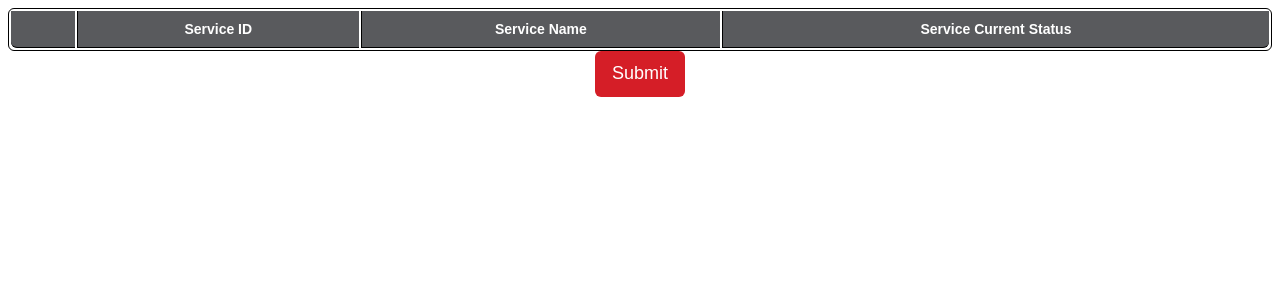
Repository: suma94/MyProjects
Page: http://localhost/SelfServiceSales/Display.jsp
An editor plug-in stored every save of this project. The page is shown before and after the next save, followed by the edit.
The browser window is 1280 px wide. The pictures show the whole page.
The page is served by Tomcat 9. Other server files are loaded and not shown.

Above is the page before, as saved 2015-08-26 05:55:50.

### SelfServiceSales/WebContent/Display.jsp
<%@ page language="java" contentType="text/html; charset=ISO-8859-1"
    pageEncoding="ISO-8859-1"%>
    <%@ taglib uri="http://java.sun.com/jsp/jstl/core" prefix="c" %>
<!DOCTYPE html PUBLIC "-//W3C//DTD HTML 4.01 Transitional//EN" "http://www.w3.org/TR/html4/loose.dtd">
<html>
<head>
<meta http-equiv="Content-Type" content="text/html; charset=ISO-8859-1">
<link rel="stylesheet" type="text/css" href="styles.css">
<title>Insert title here</title>

</head>
<body>
	<form action="SuspendComplete" method="post">
		<table class="vztable"   >
			<tr>
				<td></td><td>Service ID</td><td>Service Name</td><td>Service Current Status</td>
			</tr>
			<c:forEach var="e" items="${infols}">
			<tr>
				<td><input type="radio" id="rb1"  name="services" value="${e.service_id}">
				<label for="rb1"></label>
				</td>
				<td><c:out value="${e.service_id}"></c:out> </td>
				<td><c:out value="${e.service_name}"></c:out> </td>
				<td><c:out value="${e.service_current_status}"></c:out> </td>
			</tr>
			</c:forEach>
			</table>
			<center>
				<input type="submit" value="Submit" name="Suspend" class="vzbtn">
			</center>
	</form>
</body>
</html>

### SelfServiceSales/WebContent/styles.css
.vz-standard-font
{
	font-family:arial;
}
.vzh1
{
	font-family:arial;
	font-style:bold;
	font-size:28px;
	color:#B00000;
}
.vzh2
{
	font-family:arial;
	font-style:bold;
	font-size:24px;
	color:#B00000;
}
.vzh3
{
	font-family:arial;
	font-style:bold;
	font-size:21.33px;
	color:#333333;
}
.vzh4
{
	font-family:arial;
	font-style:bold;
	font-size:18.66px;
	color:#333333;

}
.vzh5
{
	font-family:arial;
	font-style:bold;
	font-size:16px;
	color:#333333;
}
.vzh6
{
	font-family:arial;
	font-style:bold;
	font-size:14.66px;
	color:#333333;
}
.vzred
{
	color:#ED1C24;
}
.vzdarkgrey
{
	color:#595A5D;
}
.vzgrey
{
	color:#D2D3D4;
}
.vzlightgrey
{
	color:#ECEDEE;
}
.vzsecondary1
{
	color:rgb(115,185,176);
}
.vzsecondary2
{
	color:rgb(259,223,76);
}
.vzsecondary3
{
	color:rgb(74,154,77);
}.vzsecondary4
{
	color:rgb(46,103,178);
}
.vzsecondary5
{
	color:rgb(196,159,57);
}
.vzsecondary6
{
	color:rgb(210,102,159);
}
.vzsecondary7
{
	color:rgb(127,52,131);
}
.vzsecondary8
{
	color:rgb(49,149,169);
}
a.vzlink:link {
     font-family:Arial; color:#0066CC; text-decoration:underline;
}

/* visited link */
a.vzlink:visited {
  font-family:Arial; color:#990099; text-decoration:none;

}

/* mouse over link */
a .vzlink:hover {
   font-family:Arial; color:#0066CC; text-decoration:underline;
}

/* selected link */
a.vzlink:active {
font-family:Arial; color:#B00000; text-decoration:none;
}

.vzbtn {
  -webkit-border-radius: 6;
  -moz-border-radius: 6;
 padding: 10px 16px;
font-size: 18px;
line-height: 1.33333;
border-radius: 6px;
margin-bottom: 0px;
font-weight: 400;
text-align: center;
white-space: nowrap;
vertical-align: middle;
cursor: pointer;
-moz-user-select: none;
background-image: none;
border: 1px solid transparent;

  font-family: Arial;
  color: #ffffff;

  background: #d51e27;

  text-decoration: none;
}
.vzbtn:focus {outline:0;}

.vzbtn:hover {
  text-decoration: none;
}
.vzbtnsmall {
  -webkit-border-radius: 3;
  -moz-border-radius: 3;
  padding: 5px 10px;
    padding-top: 5px;
    padding-right: 10px;
    padding-bottom: 5px;
    padding-left: 10px;
font-size: 12px;
line-height: 1.5;
border-radius: 3px;
display: inline-block;
margin-bottom: 0px;
font-weight: 400;
text-align: center;
white-space: nowrap;
vertical-align: middle;
cursor: pointer;
-moz-user-select: none;
background-image: none;
border: 1px solid transparent;

  font-family: Arial;
  color: #ffffff;

  background: #d51e27;

  text-decoration: none;
}
.vzbtnsmall:focus {outline:0;}

.vzbtnsmall:hover {
  text-decoration: none;
}
.vzbtnmedium {
	padding: 6px 12px;
margin-bottom: 0px;
font-size: 14px;
font-weight: 400;
line-height: 1.42857;
text-align: center;
white-space: nowrap;
vertical-align: middle;
cursor: pointer;
-moz-user-select: none;
background-image: none;
border: 1px solid transparent;
border-radius: 4px;
  -webkit-border-radius: 4;
  -moz-border-radius: 4;



  font-family: Arial;
  color: #ffffff;

  background: #d51e27;

  text-decoration: none;
}
.vzbtnmedium:focus {outline:0;}

.vzbtnmedium:hover {
  text-decoration: none;
}
.vzbtnxsmall {
	padding: 1px 5px;
    padding-top: 1px;
    padding-right: 5px;
    padding-bottom: 1px;
    padding-left: 5px;
font-size: 12px;
line-height: 1.5;
border-radius: 3px;
	display: inline-block;
margin-bottom: 0px;
font-weight: 400;
text-align: center;
white-space: nowrap;
vertical-align: middle;
cursor: pointer;
-moz-user-select: none;
background-image: none;
border: 1px solid transparent;

border-radius: 3px;
  -webkit-border-radius: 3;
  -moz-border-radius: 3;



  font-family: Arial;
  color: #ffffff;

  background: #d51e27;

  text-decoration: none;
}
.vzbtnxsmall:focus {outline:0;}

.vzbtnxsmall:hover {
  text-decoration: none;
}
.vzbtn1{
  -webkit-border-radius: 6;
  -moz-border-radius: 6;
 padding: 10px 16px;
font-size: 18px;
line-height: 1.33333;
border-radius: 6px;
margin-bottom: 0px;
font-weight: 400;
text-align: center;
white-space: nowrap;
vertical-align: middle;
cursor: pointer;
-moz-user-select: none;
background-image: none;
border: 1px solid transparent;

  font-family: Arial;
  color: #ffffff;

  background: #464a4f;

  text-decoration: none;
}
.vzbtn1:focus {outline:0;}

.vzbtn1:hover {
  text-decoration: none;
}
.vzbtn1small {
  -webkit-border-radius: 3;
  -moz-border-radius: 3;
  padding: 5px 10px;
    padding-top: 5px;
    padding-right: 10px;
    padding-bottom: 5px;
    padding-left: 10px;
font-size: 12px;
line-height: 1.5;
border-radius: 3px;
display: inline-block;
margin-bottom: 0px;
font-weight: 400;
text-align: center;
white-space: nowrap;
vertical-align: middle;
cursor: pointer;
-moz-user-select: none;
background-image: none;
border: 1px solid transparent;

  font-family: Arial;
  color: #ffffff;

  background: #464a4f;

  text-decoration: none;
}
.vzbtn1small:focus {outline:0;}

.vzbtn1small:hover {
  text-decoration: none;
}
.vzbtn1medium {
	padding: 6px 12px;
margin-bottom: 0px;
font-size: 14px;
font-weight: 400;
line-height: 1.42857;
text-align: center;
white-space: nowrap;
vertical-align: middle;
cursor: pointer;
-moz-user-select: none;
background-image: none;
border: 1px solid transparent;
border-radius: 4px;
  -webkit-border-radius: 4;
  -moz-border-radius: 4;



  font-family: Arial;
  color: #ffffff;

  background: #464a4f;

  text-decoration: none;
}
.vzbtn1medium:focus {outline:0;}

.vzbtn1medium:hover {
  text-decoration: none;
}
.vzbtn1xsmall {
	padding: 1px 5px;
    padding-top: 1px;
    padding-right: 5px;
    padding-bottom: 1px;
    padding-left: 5px;
font-size: 12px;
line-height: 1.5;
border-radius: 3px;
	display: inline-block;
margin-bottom: 0px;
font-weight: 400;
text-align: center;
white-space: nowrap;
vertical-align: middle;
cursor: pointer;
-moz-user-select: none;
background-image: none;
border: 1px solid transparent;

border-radius: 3px;
  -webkit-border-radius: 3;
  -moz-border-radius: 3;



  font-family: Arial;
  color: #ffffff;

  background: #464a4f;

  text-decoration: none;
}
.vzbtn1xsmall:focus {outline:0;}

.vzbtnx1small:hover {
  text-decoration: none;
}


.vzbtn2{
  -webkit-border-radius: 7;
  -moz-border-radius: 7;
  border-radius: 7px;

  font-family: Arial;
  color: #818181;
  font-size: 14px;
  background: #e3e6e5;
  padding: 10px 20px 10px 20px;
  text-decoration: none;
}
.vzbtn2:focus {outline:0;}
.vzbtn2:hover {
  text-decoration: none;
}
.vzbtn2{
  -webkit-border-radius: 6;
  -moz-border-radius: 6;
 padding: 10px 16px;
font-size: 18px;
line-height: 1.33333;
border-radius: 6px;
margin-bottom: 0px;
font-weight: 400;
text-align: center;
white-space: nowrap;
vertical-align: middle;
cursor: pointer;
-moz-user-select: none;
background-image: none;
border: 1px solid transparent;

  font-family: Arial;
  color: #ffffff;

  background: #e3e6e5;

  text-decoration: none;
}
.vzbtn2:focus {outline:0;}

.vzbtn2:hover {
  text-decoration: none;
}
.vzbtn2small {
  -webkit-border-radius: 3;
  -moz-border-radius: 3;
  padding: 5px 10px;
    padding-top: 5px;
    padding-right: 10px;
    padding-bottom: 5px;
    padding-left: 10px;
font-size: 12px;
line-height: 1.5;
border-radius: 3px;
display: inline-block;
margin-bottom: 0px;
font-weight: 400;
text-align: center;
white-space: nowrap;
vertical-align: middle;
cursor: pointer;
-moz-user-select: none;
background-image: none;
border: 1px solid transparent;

  font-family: Arial;
  color: #ffffff;

  background: #e3e6e5;

  text-decoration: none;
}
.vzbtn2small:focus {outline:0;}

.vzbtn2small:hover {
  text-decoration: none;
}
.vzbtn2medium {
	padding: 6px 12px;
margin-bottom: 0px;
font-size: 14px;
font-weight: 400;
line-height: 1.42857;
text-align: center;
white-space: nowrap;
vertical-align: middle;
cursor: pointer;
-moz-user-select: none;
background-image: none;
border: 1px solid transparent;
border-radius: 4px;
  -webkit-border-radius: 4;
  -moz-border-radius: 4;



  font-family: Arial;
  color: #ffffff;

  background: #e3e6e5;

  text-decoration: none;
}
.vzbtn2medium:focus {outline:0;}

.vzbtn2medium:hover {
  text-decoration: none;
}
.vzbtn2xsmall {
	padding: 1px 5px;
    padding-top: 1px;
    padding-right: 5px;
    padding-bottom: 1px;
    padding-left: 5px;
font-size: 12px;
line-height: 1.5;
border-radius: 3px;
	display: inline-block;
margin-bottom: 0px;
font-weight: 400;
text-align: center;
white-space: nowrap;
vertical-align: middle;
cursor: pointer;
-moz-user-select: none;
background-image: none;
border: 1px solid transparent;

border-radius: 3px;
  -webkit-border-radius: 3;
  -moz-border-radius: 3;



  font-family: Arial;
  color: #ffffff;

  background: #e3e6e5;

  text-decoration: none;
}
.vzbtn2xsmall:focus {outline:0;}

.vzbtnx2small:hover {
  text-decoration: none;
}

.vztext {
  display: inline-block;
  -webkit-box-sizing: content-box;
  -moz-box-sizing: content-box;
  box-sizing: content-box;
  padding: 10px 20px;
  border: 1px solid #b7b7b7;
  -webkit-border-radius: 3px;
  border-radius: 3px;
  font: normal 14px/normal Arial, Helvetica, sans-serif;
  color: rgba(40,40,40,1);
  -o-text-overflow: clip;
  text-overflow: clip;
  background: #ecf0f1;
  -webkit-box-shadow: 2px 2px 2px 0 rgba(0,0,0,0.2) inset;
  box-shadow: 2px 2px 2px 0 rgba(0,0,0,0.2) inset;
  text-shadow: 1px 1px 0 rgba(255,255,255,0.66) ;
  -webkit-transition: all 200ms cubic-bezier(0.42, 0, 0.58, 1);
  -moz-transition: all 200ms cubic-bezier(0.42, 0, 0.58, 1);
  -o-transition: all 200ms cubic-bezier(0.42, 0, 0.58, 1);
  transition: all 200ms cubic-bezier(0.42, 0, 0.58, 1);
}

.vztextarea
{

background:#ecf0f1;
color: rgba(40,40,40,1);
border:1px solid #DCDCDC;
border-radius:2px ;
font-size:12px ;
width: 222px ;
padding: 2px ;
box-shadow: 2px 2px 2px 0 rgba(0,0,0,0.2) inset;
-webkit-box-shadow: -2px 0px 8px #DCDCDC;
-moz-box-shadow: -2px 0px 8px #DCDCDC;
}
.vztextarea:focus, input:focus{
    outline: 0;
}
.vztable {
	margin:0px;padding:0px;
	width:100%;
	border:1px solid #000000;

	-moz-border-radius-bottomleft:6px;
	-webkit-border-bottom-left-radius:6px;
	border-bottom-left-radius:6px;

	-moz-border-radius-bottomright:6px;
	-webkit-border-bottom-right-radius:6px;
	border-bottom-right-radius:6px;

	-moz-border-radius-topright:6px;
	-webkit-border-top-right-radius:6px;
	border-top-right-radius:6px;

	-moz-border-radius-topleft:6px;
	-webkit-border-top-left-radius:6px;
	border-top-left-radius:6px;
}.vztable table{
    border-collapse: collapse;
        border-spacing: 0;
	width:100%;
	height:100%;
	margin:0px;padding:0px;
}.vztable tr:last-child td:last-child {
	-moz-border-radius-bottomright:6px;
	-webkit-border-bottom-right-radius:6px;
	border-bottom-right-radius:6px;
}
.vztable table tr:first-child td:first-child {
	-moz-border-radius-topleft:6px;
	-webkit-border-top-left-radius:6px;
	border-top-left-radius:6px;
}
.vztable table tr:first-child td:last-child {
	-moz-border-radius-topright:6px;
	-webkit-border-top-right-radius:6px;
	border-top-right-radius:6px;
}.vztable tr:last-child td:first-child{
	-moz-border-radius-bottomleft:6px;
	-webkit-border-bottom-left-radius:6px;
	border-bottom-left-radius:6px;
}.vztable tr:hover td{

}
.vztable tr:nth-child(odd){ background-color:#f3f3f5; }
.vztable tr:nth-child(even)    { background-color:#ffffff; }.vztable td{
	vertical-align:middle;


	border:1px solid #000000;
	border-width:0px 1px 1px 0px;
	text-align:center;
	padding:10px;
	font-size:13px;
	font-family:Arial;
	font-weight:normal;
	color:#000000;
}.vztable tr:last-child td{
	border-width:0px 1px 0px 0px;
}.vztable tr td:last-child{
	border-width:0px 0px 1px 0px;
}.vztable tr:last-child td:last-child{
	border-width:0px 0px 0px 0px;
}
.vztable tr:first-child td{
		background:-o-linear-gradient(bottom, #595a5d 5%, #595a5d 100%);	background:-webkit-gradient( linear, left top, left bottom, color-stop(0.05, #595a5d), color-stop(1, #595a5d) );
	background:-moz-linear-gradient( center top, #595a5d 5%, #595a5d 100% );
	filter:progid:DXImageTransform.Microsoft.gradient(startColorstr="#595a5d", endColorstr="#595a5d");	background: -o-linear-gradient(top,#595a5d,595a5d);

	background-color:#595a5d;
	border:0px solid #000000;
	text-align:center;
	border-width:0px 0px 1px 1px;
	font-size:14px;
	font-family:Arial;
	font-weight:bold;
	color:#ffffff;
}
.vztable tr:first-child:hover td{
	background:-o-linear-gradient(bottom, #595a5d 5%, #595a5d 100%);	background:-webkit-gradient( linear, left top, left bottom, color-stop(0.05, #595a5d), color-stop(1, #595a5d) );
	background:-moz-linear-gradient( center top, #595a5d 5%, #595a5d 100% );
	filter:progid:DXImageTransform.Microsoft.gradient(startColorstr="#595a5d", endColorstr="#595a5d");	background: -o-linear-gradient(top,#595a5d,595a5d);

	background-color:#595a5d;
}
.vztable tr:first-child td:first-child{
	border-width:0px 0px 1px 0px;
}
.vztable tr:first-child td:last-child{
	border-width:0px 0px 1px 1px;
}

.vztable1 {
	margin:0px;padding:0px;
	width:100%;
	border:1px solid #000000;

	-moz-border-radius-bottomleft:6px;
	-webkit-border-bottom-left-radius:6px;
	border-bottom-left-radius:6px;

	-moz-border-radius-bottomright:6px;
	-webkit-border-bottom-right-radius:6px;
	border-bottom-right-radius:6px;

	-moz-border-radius-topright:6px;
	-webkit-border-top-right-radius:6px;
	border-top-right-radius:6px;

	-moz-border-radius-topleft:6px;
	-webkit-border-top-left-radius:6px;
	border-top-left-radius:6px;
}.vztable1 table{
    border-collapse: collapse;
        border-spacing: 0;
	width:100%;
	height:100%;
	margin:0px;padding:0px;
}.vztable1 tr:last-child td:last-child {
	-moz-border-radius-bottomright:6px;
	-webkit-border-bottom-right-radius:6px;
	border-bottom-right-radius:6px;
}
.vztable1 table tr:first-child td:first-child {
	-moz-border-radius-topleft:6px;
	-webkit-border-top-left-radius:6px;
	border-top-left-radius:6px;
}
.vztable1 table tr:first-child td:last-child {
	-moz-border-radius-topright:6px;
	-webkit-border-top-right-radius:6px;
	border-top-right-radius:6px;
}.vztable1 tr:last-child td:first-child{
	-moz-border-radius-bottomleft:6px;
	-webkit-border-bottom-left-radius:6px;
	border-bottom-left-radius:6px;
}.vztable1 tr:hover td{

}
.vztable1 tr:nth-child(odd){ background-color:#f3f3f5; }
.vztable1 tr:nth-child(even)    { background-color:#ffffff; }.vztable1 td{
	vertical-align:middle;


	border:1px solid #000000;
	border-width:0px 1px 1px 0px;
	text-align:center;
	padding:10px;
	font-size:13px;
	font-family:Arial;
	font-weight:normal;
	color:#000000;
}.vztable1 tr:last-child td{
	border-width:0px 1px 0px 0px;
}.vztable1 tr td:last-child{
	border-width:0px 0px 1px 0px;
}.vztable1 tr:last-child td:last-child{
	border-width:0px 0px 0px 0px;
}
.vztable1 tr:first-child td{
		/* background:-o-linear-gradient(bottom, #595a5d 5%, #595a5d 100%);	background:-webkit-gradient( linear, left top, left bottom, color-stop(0.05, #595a5d), color-stop(1, #595a5d) );
	background:-moz-linear-gradient( center top, #595a5d 5%, #595a5d 100% ); */
	filter:progid:DXImageTransform.Microsoft.gradient(startColorstr="#595a5d", endColorstr="#595a5d");	background: -o-linear-gradient(top,#595a5d,595a5d);


	border:0px solid #000000;
	text-align:center;
	border-width:0px 0px 1px 1px;
	font-size:14px;
	font-family:Arial;


}
/* .vztable1 tr:first-child:hover td{
	background:-o-linear-gradient(bottom, #595a5d 5%, #595a5d 100%);	background:-webkit-gradient( linear, left top, left bottom, color-stop(0.05, #595a5d), color-stop(1, #595a5d) );
	background:-moz-linear-gradient( center top, #595a5d 5%, #595a5d 100% );
	filter:progid:DXImageTransform.Microsoft.gradient(startColorstr="#595a5d", endColorstr="#595a5d");	background: -o-linear-gradient(top,#595a5d,595a5d);

	background-color:#595a5d;
} */
.vztable1 tr:first-child td:first-child{
	border-width:0px 0px 1px 0px;
}
.vztable1 tr:first-child td:last-child{
	border-width:0px 0px 1px 1px;
}


.vzresponsive-container { position: relative; padding-bottom: 56.25%; padding-top: 30px; height: 0; overflow: hidden; }

.vzresponsive-container iframe { position: absolute; top: 0; left: 0; width: 100%; height: 100%; }
.vzlogoContainer {
  width: 20%;
}
.vzlogoContainer img {
max-width: 100%;
}
input[type=radio], input[type=checkbox] {
	    display:none;
	}
input[type=radio] + label:before {
	    content: "";
	    display: inline-block;
	    width: 15px;
	    height: 15px;
	    vertical-align:middle;
	    margin-right: 8px;
	    background-color: #aaa;
	    box-shadow: inset 0px 2px 2px rgba(0, 0, 0, .3);
	    border-radius: 8px;
	}
input[type=checkbox] + label:before {
	    content: "";
	    display: inline-block;
	    width: 15px;
	    height: 15px;
	    vertical-align:middle;
	    margin-right: 8px;
	    background-color: #aaa;
	    box-shadow: inset 0px 2px 2px rgba(0, 0, 0, .3);
	    border-radius: 4px;
	}
input[type=radio]:checked + label:before {
		content: "\2022";
		color:white;
	    background-color: #666;
		font-size:1.8em;
		text-align:center;
		line-height:14px;
		text-shadow:0px 0px 3px #eee;
	}
input[type=checkbox]:checked + label:before {
		content:"\2714";
		color:white;
	    background-color: #666;
		text-align:center;
		line-height:15px;
	    text-shadow:0px 0px 3px #eee;
	}
	.vznavbar-inverse
	{
		background-color: #FFFFFF;
		}
.vznavbar-inverse .vznavbar-nav>.vzactive>a:hover,
.vznavbar-inverse .vznavbar-nav>li>a:hover,
.vznavbar-inverse .vznavbar-nav>li>a:focus
 {
	 background-color: #FFFFFF;
	 }
.vznavbar-inverse .vznavbar-nav>.vzactive>a,
.vznavbar-inverse .vznavbar-nav>.vzopen>a,
.vznavbar-inverse .vznavbar-nav>.vzopen>a,
.vznavbar-inverse .vznavbar-nav>.vzopen>a:hover,
.vznavbar-inverse .vznavbar-nav>.vzopen>a,
.vznavbar-inverse .vznavbar-nav>.vzopen>a:hover,
.vznavbar-inverse .vznavbar-nav>.vzopen>a:focus
{
	background-color: #FFFFFF;
	}
.vzdropdown-menu
{
	background-color: #D2D3D4;
	}
.vzdropdown-menu>li>a:hover,
.vzdropdown-menu>li>a:focus
{
	background-color: #080808;
	}
.vznavbar-inverse
{
	background-image: none;
	}
.vzdropdown-menu>li>a:hover,
.vzdropdown-menu>li>a:focus
{
	background-image: none;
	}
.vznavbar-inverse {
	border-color: #d2d3d4;
	}
.vznavbar-inverse .vznavbar-brand
{
	color: #994812;
	}
.vznavbar-inverse .vznavbar-brand:hover {
	color: #ED1C24
	}
.vznavbar-inverse .vznavbar-nav>li>a
{
	color: #080808;
	}
.vznavbar-inverse .vznavbar-nav>li>a:hover,
.vznavbar-inverse .vznavbar-nav>li>a:focus
{
	color: #ED1C24;
	}
.vznavbar-inverse .vznavbar-nav>.vzactive>a,
.vznavbar-inverse .vznavbar-nav>.vzopen>a,
.vznavbar-inverse .vznavbar-nav>.vzopen>a:hover,
.vznavbar-inverse .vznavbar-nav>.vzopen>a:focus
{
	color: #ED1C24;
	}
.vznavbar-inverse .vznavbar-nav>.vzactive>a:hover,
.vznavbar-inverse .vznavbar-nav>.vzactive>a:focus
{
	color: #ED1C24;
	}
.vzdropdown-menu>li>a
{
color: #080808;
}
.vzdropdown-menu>li>a:hover,
.vzdropdown-menu>li>a:focus
{
	color: #FFFFFF;
}
.vznavbar-inverse .vznavbar-nav>.vzdropdown>a .vzcaret
{
	border-top-color: #080808;
	}
.vznavbar-inverse .vznavbar-nav>.vzdropdown>a:hover .vzcaret
 {
	 border-top-color: #ED1C24;
	 }
.vznavbar-inverse .vznavbar-nav>.vzdropdown>a .vzcaret
{
	border-bottom-color: #080808;
	}
.vznavbar-inverse .vznavbar-nav>.vzdropdown>a:hover .vzcaret
{
	border-bottom-color: #ED1C24;
	}

.inputwrap label {
    display: inline-block;
    width: 100px;
    text-align: right;
}
.select-style {
    /* border: 1px solid #ccc; */
    width: 120px;
    border-radius: 3px;
    overflow: hidden;
    background:  url("menu-icon.png") no-repeat 90% 50%;
	background-color:#d2d3d4;
}

.select-style select {
    padding: 5px 8px;
    width: 130%;
    border: none;
    box-shadow: none;
    background:transparent;
    background-image: none;
    -webkit-appearance: none;
}


.select-style select:focus {
    outline: none;
}

.wrapper         {width:100%;height:100%;margin:0 auto;background:#ffffff}
.h_iframe        {position:relative;}
.h_iframe .ratio {display:block;width:100%;height:auto;}
.h_iframe iframe {position:absolute;top:0;left:0;width:100%; height:100%;}

After the next save:
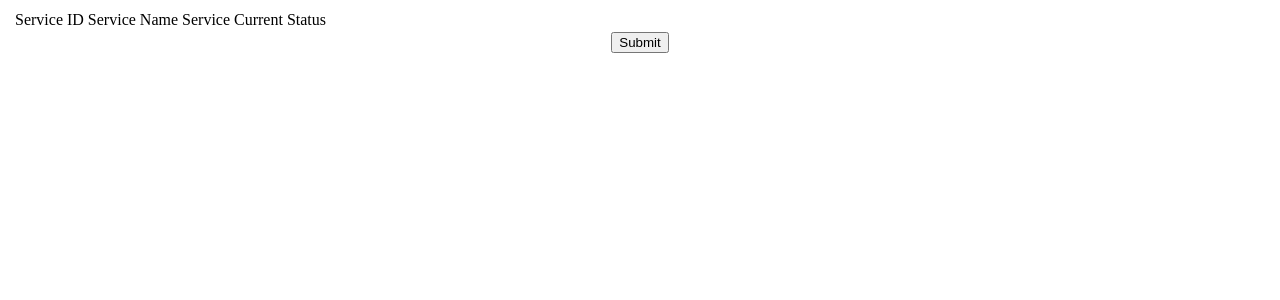
Saved 38 min 24 s later.
--- a/SelfServiceSales/WebContent/Display.jsp
+++ b/SelfServiceSales/WebContent/Display.jsp
@@ -5,7 +5,7 @@
 <html>
 <head>
 <meta http-equiv="Content-Type" content="text/html; charset=ISO-8859-1">
-<link rel="stylesheet" type="text/css" href="styles.css">
+<!-- <link rel="stylesheet" type="text/css" href="styles.css"> -->
 <title>Insert title here</title>
 
 </head>

After the save that followed:
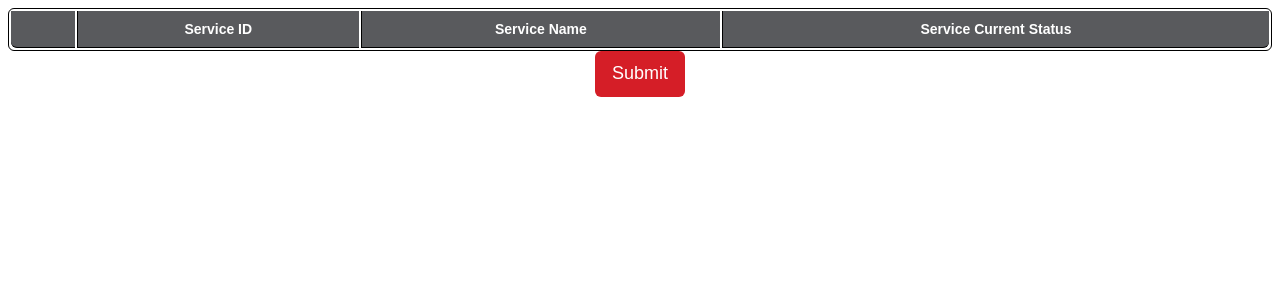
Saved 38 s later.
--- a/SelfServiceSales/WebContent/Display.jsp
+++ b/SelfServiceSales/WebContent/Display.jsp
@@ -5,7 +5,7 @@
 <html>
 <head>
 <meta http-equiv="Content-Type" content="text/html; charset=ISO-8859-1">
-<!-- <link rel="stylesheet" type="text/css" href="styles.css"> -->
+<link rel="stylesheet" type="text/css" href="styles.css">
 <title>Insert title here</title>
 
 </head>
